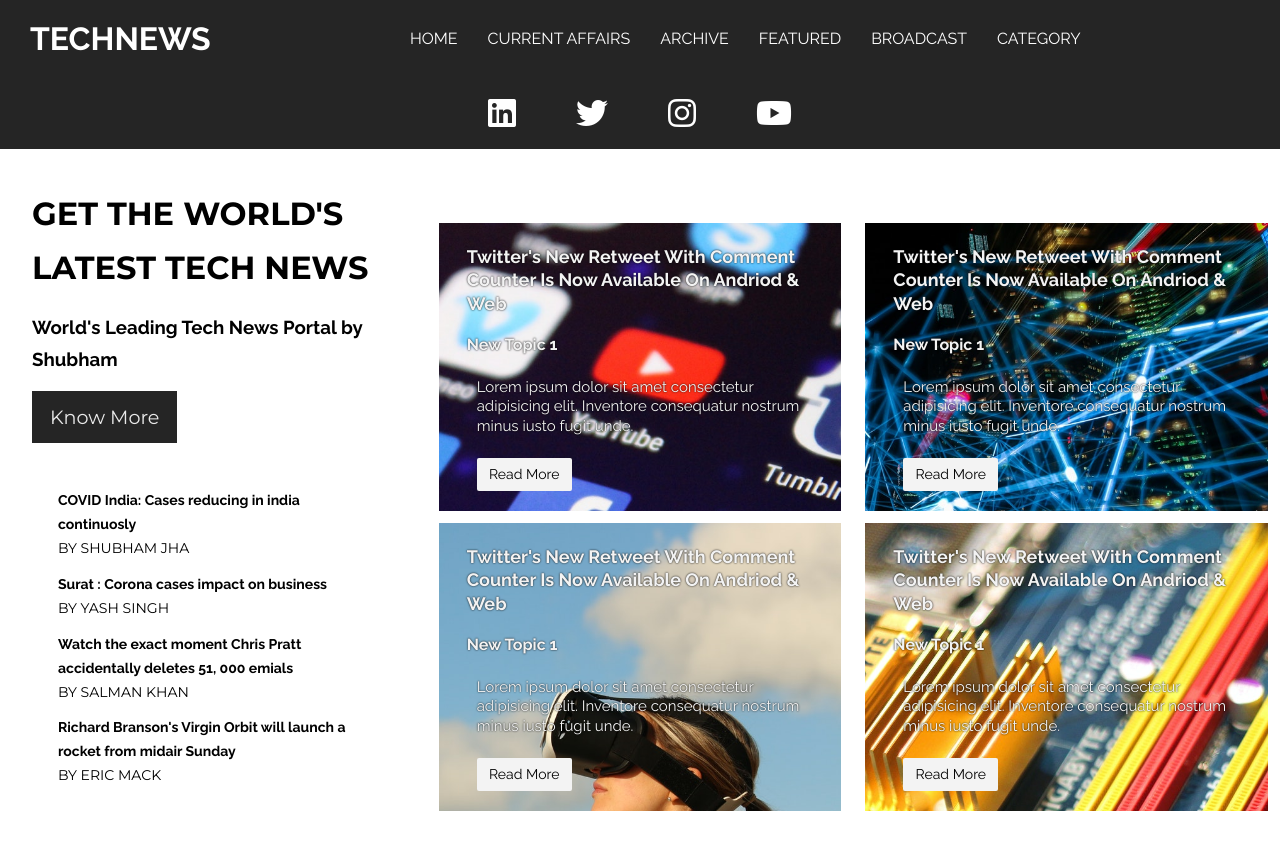
Repository: shubham71099/technews
Page: index.html
These files come from the project's save history. The page is drawn as it stood at one moment and after the next save; the edit follows.
The browser window is 1280 px wide. The pictures show the part of the page from y = 0 to 846 px (the page is 2186 px tall before and 2210 px after).
A picture or video elsewhere on the page could not be fetched, so the positions and the page height are approximate. Some web libraries are served in a nearby version.

Above is the page before, as saved 2021-06-02 21:20:48.

After the next save:
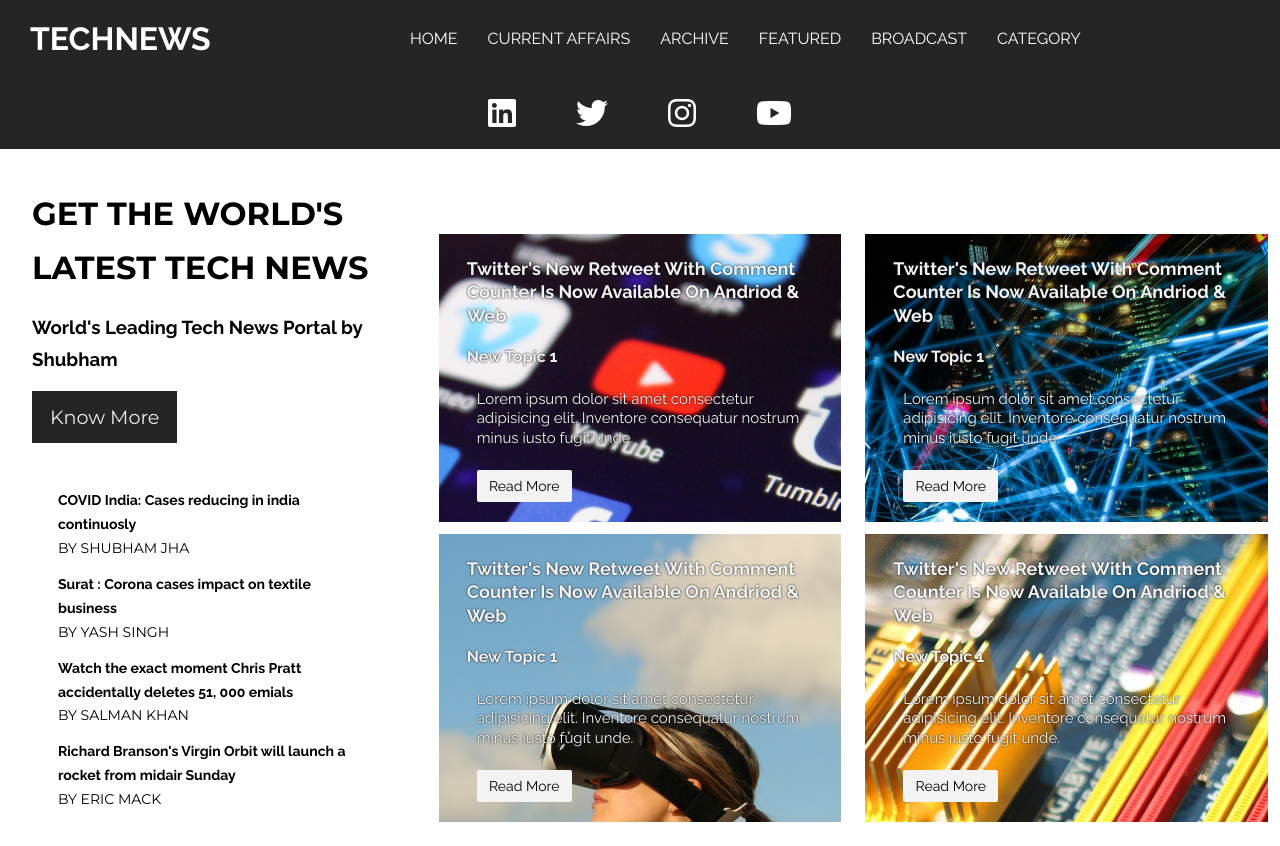
Saved 16 s later.
--- a/index.html
+++ b/index.html
@@ -99,7 +99,7 @@
           </h3>
 
           <h3>
-            Surat : Corona cases impact on business
+            Surat : Corona cases impact on textile business
             <span>by Yash Singh</span>
           </h3>
 
